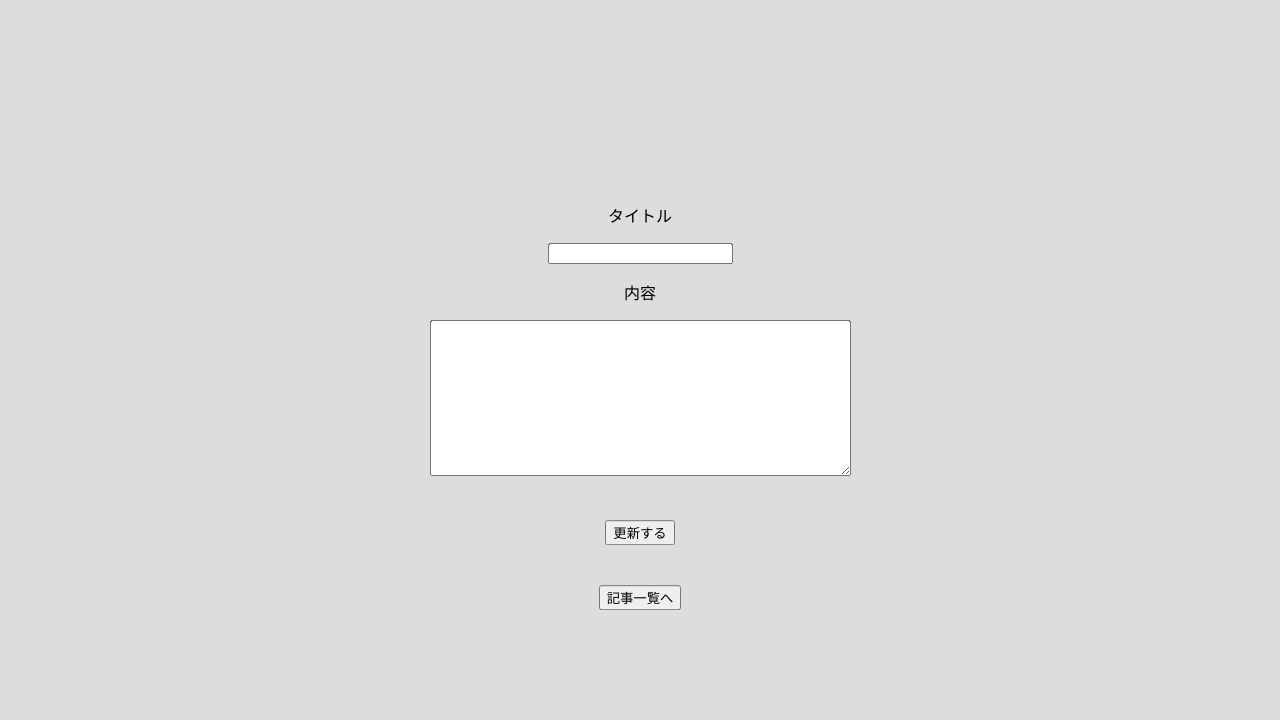
Repository: ryosuke-yamoto/BBS
Page: http://localhost/BBS_yamoto/View/Post/update_post.php
An editor plug-in stored every save of this project. The page is shown before and after the next save, followed by the edit.
The browser window is 1280 px wide. The pictures show the whole page.
The page is run by PHP 8.4 with error messages shown; the project is at /var/www/html/.

Above is the page before, as saved 2020-05-20 18:18:02.

### View/Post/update_post.php
<?php
  session_start();



?>

<!DOCTYPE html>
<html lang="ja">
<head>
  <meta charset="UTF-8">
  <link rel="stylesheet" href="../css/newpost.css">
  <meta name="viewport" content="width=device-width, initial-scale=1.0">
  <meta http-equiv="X-UA-Compatible" content="ie=edge">
  <title>投稿編集</title>
</head>
<body>
  <div>
    <form action="../../Controller/new_post.controller.php" method="post">
      <p>タイトル</p>
      <input type="text" name="update-title">
      <p>内容</p>
      <textarea name="update-content" id="" cols="50" rows="10"></textarea>
      <button type="submit">更新する</button>
      <button>記事一覧へ</button>
    </form>
  </div>
</body>
</html>

### View/css/newpost.css
body {
  background-color: #DDDDDD;
}

div {
  position: absolute;
  top: 50%;
  left: 50%;
  transform: translate(-50%, -60%);
  width: 50%;
  height: 40%;
  text-align: center;
}

button {
  margin: 40px auto 0 auto;
  display: block;
}

After the next save:
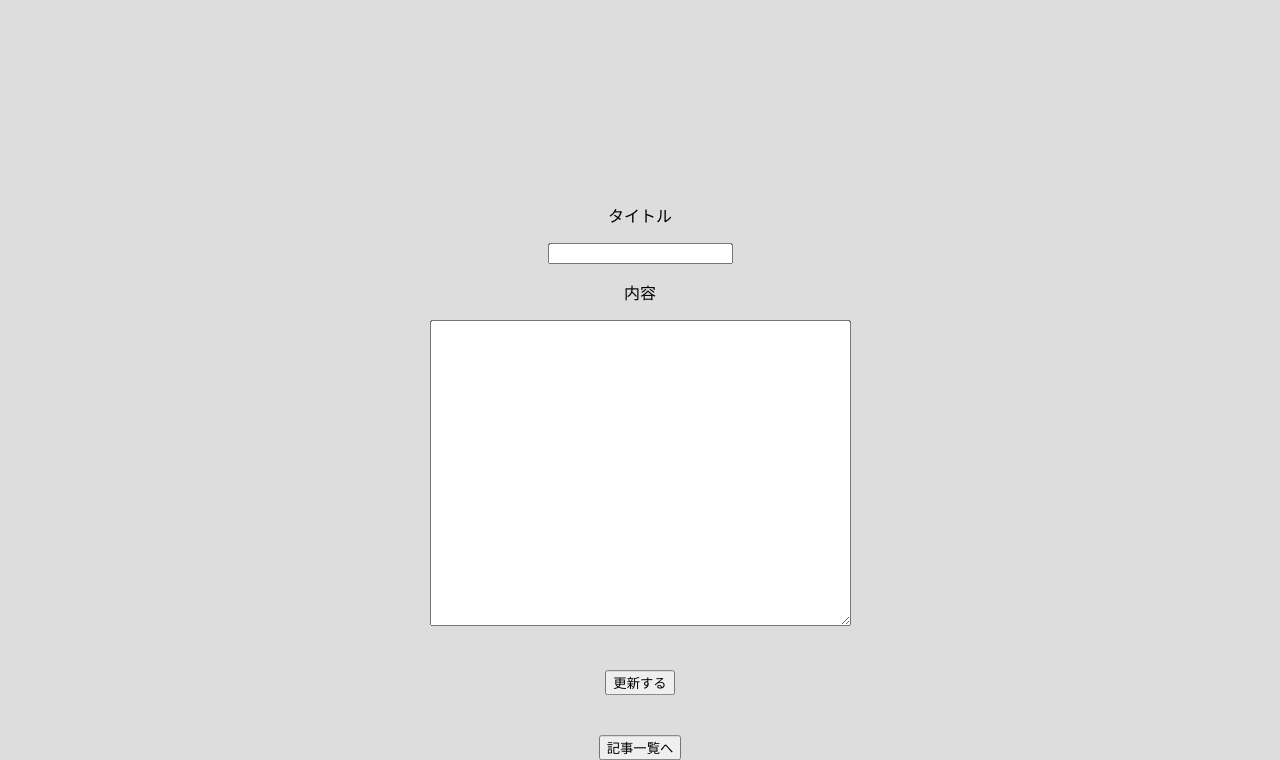
Saved 9 s later.
--- a/View/Post/update_post.php
+++ b/View/Post/update_post.php
@@ -20,7 +20,7 @@
       <p>タイトル</p>
       <input type="text" name="update-title">
       <p>内容</p>
-      <textarea name="update-content" id="" cols="50" rows="10"></textarea>
+      <textarea name="update-content" id="" cols="50" rows="20"></textarea>
       <button type="submit">更新する</button>
       <button>記事一覧へ</button>
     </form>
